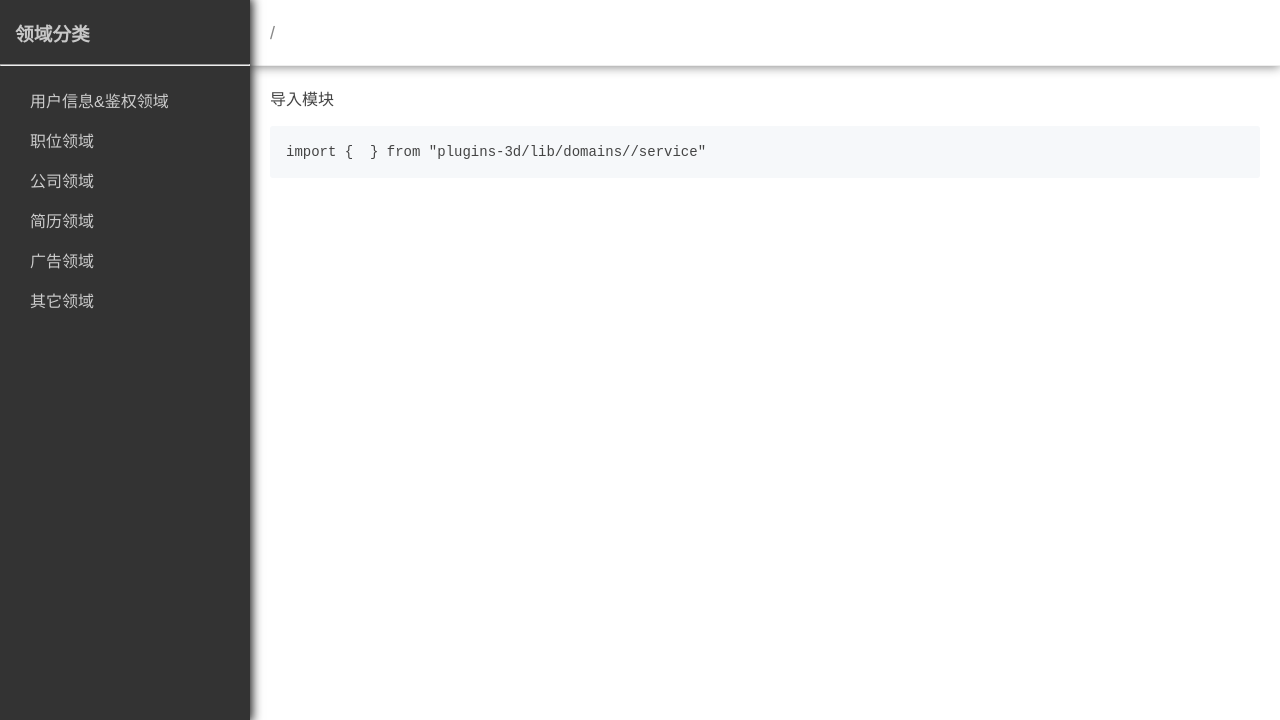
Repository: lsliangshan/inig-3d-doc
Page: /detail
The author's editor kept a copy of each file at every save. The page is drawn from the files as they stood at one save, then again after the next save.
The browser window is 1280 px wide. The pictures show the whole page.
An inner scrolling area shows only its first screen. The project was rebuilt for these pictures with package versions that can differ from the ones it lists, and the page was loaded fresh each time. Also part of the build but not shown: vue.config.js, src/components/HelloWorld.vue, src/views/Home.vue, src/components/User.vue, src/components/Position.vue, src/components/Company.vue, src/components/Resume.vue, src/components/Ads.vue and 1 more. Imported but missing from the stored project, and not drawn on this page: ../plugins-3d/lib/domains/job/service, ../plugins-3d/lib/domains/user/service.

Above is the page before, as saved 2019-08-08 20:38:14.

After the next save:
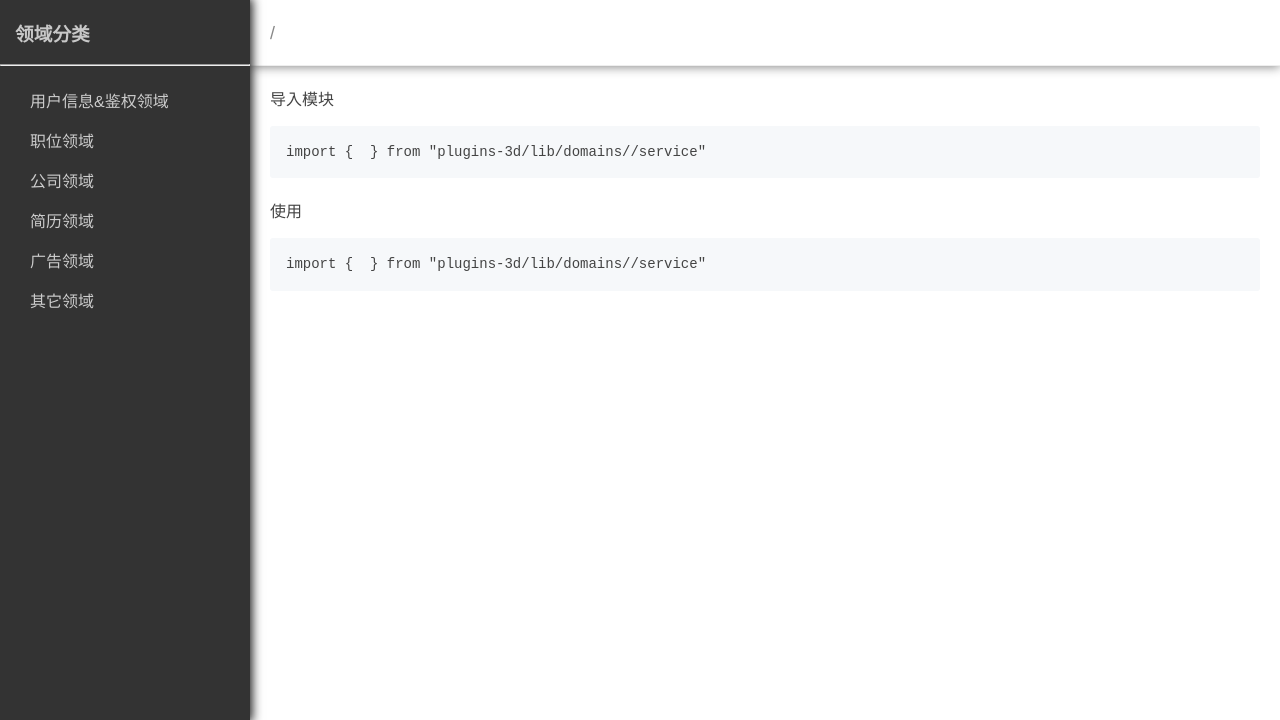
Saved 24 s later.
--- a/src/components/parts/DetailContent.vue
+++ b/src/components/parts/DetailContent.vue
@@ -2,6 +2,15 @@
   <div class="detail_container">
     <div class="highlight">
       <p>导入模块</p>
+      <div class="highlight_code">
+        <pre>import { {{$route.params.methods}} } from "plugins-3d/lib/domains/{{$route.params.domain}}/service"</pre>
+        <svg>
+          <use xlink:href="#copy"></use>
+        </svg>
+      </div>
+    </div>
+    <div class="highlight">
+      <p>使用</p>
       <div class="highlight_code">
         <pre>import { {{$route.params.methods}} } from "plugins-3d/lib/domains/{{$route.params.domain}}/service"</pre>
         <svg>
